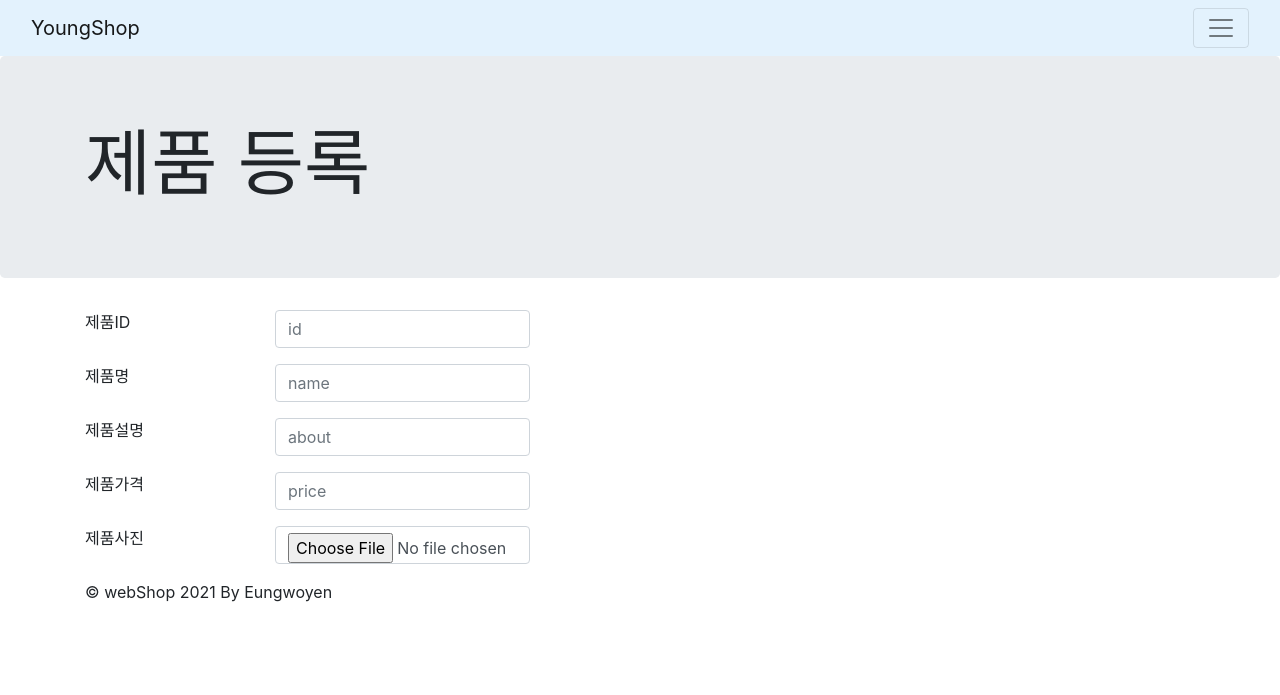
Repository: khss4008/JSP_project
Page: http://localhost/Webshop2/product/addProduct.jsp
An editor plug-in stored every save of this project. The page is shown before and after the next save, followed by the edit.
The browser window is 1280 px wide. The pictures show the whole page.
The page is served by Tomcat 9. Other server files are loaded and not shown.

Above is the page before, as saved 2021-11-04 06:11:52.
Console error: TypeError: Cannot read properties of undefined (reading 'fn')

### Webshop2/WebContent/product/addProduct.jsp
<%@ page language="java" contentType="text/html; charset=UTF-8"
    pageEncoding="UTF-8"%>
<!DOCTYPE html>
<html>
<head>
<meta charset="UTF-8">
<title>제품 등록</title>
</head>
<body>
   <jsp:include page="/header.jsp" />
   <div class="jumbotron">
      <div class="container">
         <h1 class="display-3">제품 등록</h1>
      </div>
   </div>

   <div class="container">
      <form name="newProduct" class="form-horizontal"  action="addCheck.jsp" method="post" onsubmit="return checkForm()">
         <div class="form-group  row">
            <label class="col-sm-2 ">제품ID</label>
            <div class="col-sm-3">
               <input name="id" type="text" class="form-control" placeholder="id" >
            </div>
         </div>


         <div class="form-group  row">
            <label class="col-sm-2">제품명</label>
            <div class="col-sm-3">
               <input name="name" type="text" class="form-control" placeholder="name" >
            </div>
         </div>

          <div class="form-group  row">
            <label class="col-sm-2">제품설명</label>
            <div class="col-sm-3">
               <input name="description" type="text" class="form-control" placeholder="about" >
            </div>
         </div>

           <div class="form-group  row">
            <label class="col-sm-2">제품가격</label>
            <div class="col-sm-3">
               <input name="price" type="text" class="form-control" placeholder="price" >
            </div>
         </div>

          <div class="form-group  row">
            <label class="col-sm-2">제품사진</label>
            <div class="col-sm-3">
               <input name="filename" type="file" class="form-control">
            </div>
         </div>


      </form>
   </div>

<%@ include file = "/footer.jsp" %>
</body>
</html>

### Webshop2/WebContent/footer.jsp
<footer class = "container">
	<p>&copy; webShop 2021 By Eungwoyen
</footer>

### Webshop2/WebContent/header.jsp
<%@ page language="java" contentType="text/html; charset=UTF-8"
    pageEncoding="UTF-8"%>

<link rel="stylesheet" href="https://stackpath.bootstrapcdn.com/bootstrap/4.3.1/css/bootstrap.min.css" integrity="sha384-ggOyR0iXCbMQv3Xipma34MD+dH/1fQ784/j6cY/iJTQUOhcWr7x9JvoRxT2MZw1T" crossorigin="anonymous">
<script src="https://stackpath.bootstrapcdn.com/bootstrap/4.3.1/js/bootstrap.min.js" integrity="sha384-JjSmVgyd0p3pXB1rRibZUAYoIIy6OrQ6VrjIEaFf/nJGzIxFDsf4x0xIM+B07jRM" crossorigin="anonymous"></script>


<nav class="navbar navbar-light" style="background-color: #e3f2fd;">
  <div class="container-fluid">
    <a class="navbar-brand" href="/">YoungShop</a>
    <button class="navbar-toggler" type="button" data-bs-toggle="collapse" data-bs-target="#navbarNavDropdown" aria-controls="navbarNavDropdown" aria-expanded="false" aria-label="Toggle navigation">
      <span class="navbar-toggler-icon"></span>
    </button>
    <div class="collapse navbar-collapse" id="navbarNavDropdown">
      <ul class="navbar-nav">
        <li class="nav-item dropdown">
          <a class="nav-link dropdown-toggle" href="#" id="navbarDropdownMenuLink" role="button" data-bs-toggle="dropdown" aria-expanded="false">
            	게시판
          </a>
          <ul class="dropdown-menu" aria-labelledby="navbarDropdownMenuLink">
            <li><a class="dropdown-item" href="/product/products.jsp">제품목록</a></li>
            <li><a class="dropdown-item" href="#">장바구니</a></li>
          </ul>
        </li>

        <li class="nav-item dropdown">
          <a class="nav-link dropdown-toggle" href="#" id="navbarDropdownMenuLink" role="button" data-bs-toggle="dropdown" aria-expanded="false">
            	회원관리
          </a>
          <ul class="dropdown-menu" aria-labelledby="navbarDropdownMenuLink">
            <li><a class="dropdown-item" href="/member/loginMember.jsp">로그인</a></li>
            <li><a class="dropdown-item" href="#">로그아웃</a></li>
            <li><a class="dropdown-item" href="/member/joinMember.jsp">회원가입</a></li>
            <li><a class="dropdown-item" href="#">회원탈퇴</a></li>
          </ul>
        </li>

        <li class="nav-item dropdown">
          <a class="nav-link dropdown-toggle" href="#" id="navbarDropdownMenuLink" role="button" data-bs-toggle="dropdown" aria-expanded="false">
            	관리자
          </a>
          <ul class="dropdown-menu" aria-labelledby="navbarDropdownMenuLink">
            <li><a class="dropdown-item" href="/product.addProduct.jsp">제품등록</a></li>
            <li><a class="dropdown-item" href="/member/listMember.jsp">회원관리</a></li>

          </ul>
        </li>

      </ul>
    </div>
  </div>
</nav>

<script src="https://cdn.jsdelivr.net/npm/bootstrap@5.1.3/dist/js/bootstrap.bundle.min.js" integrity="sha384-ka7Sk0Gln4gmtz2MlQnikT1wXgYsOg+OMhuP+IlRH9sENBO0LRn5q+8nbTov4+1p" crossorigin="anonymous"></script>

After the next save:
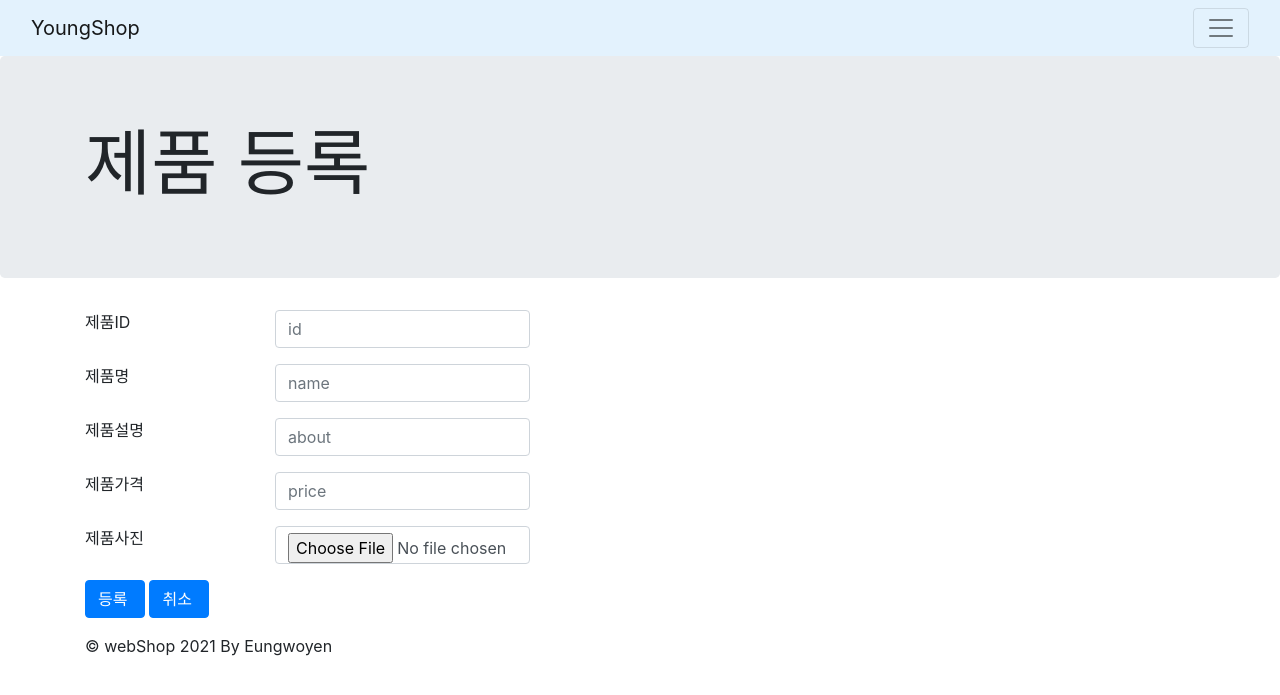
Saved 93 s later.
--- a/Webshop2/WebContent/product/addProduct.jsp
+++ b/Webshop2/WebContent/product/addProduct.jsp
@@ -52,6 +52,13 @@
             </div>
          </div>
 
+        <div class="form-group  row">
+            <div class="col-sm-offset-2 col-sm-10 ">
+               <input type="submit" class="btn btn-primary " value="등록 " >
+               <input type="reset" class="btn btn-primary " value="취소 " onclick="reset()" >
+            </div>
+         </div>
+
 
       </form>
    </div>
